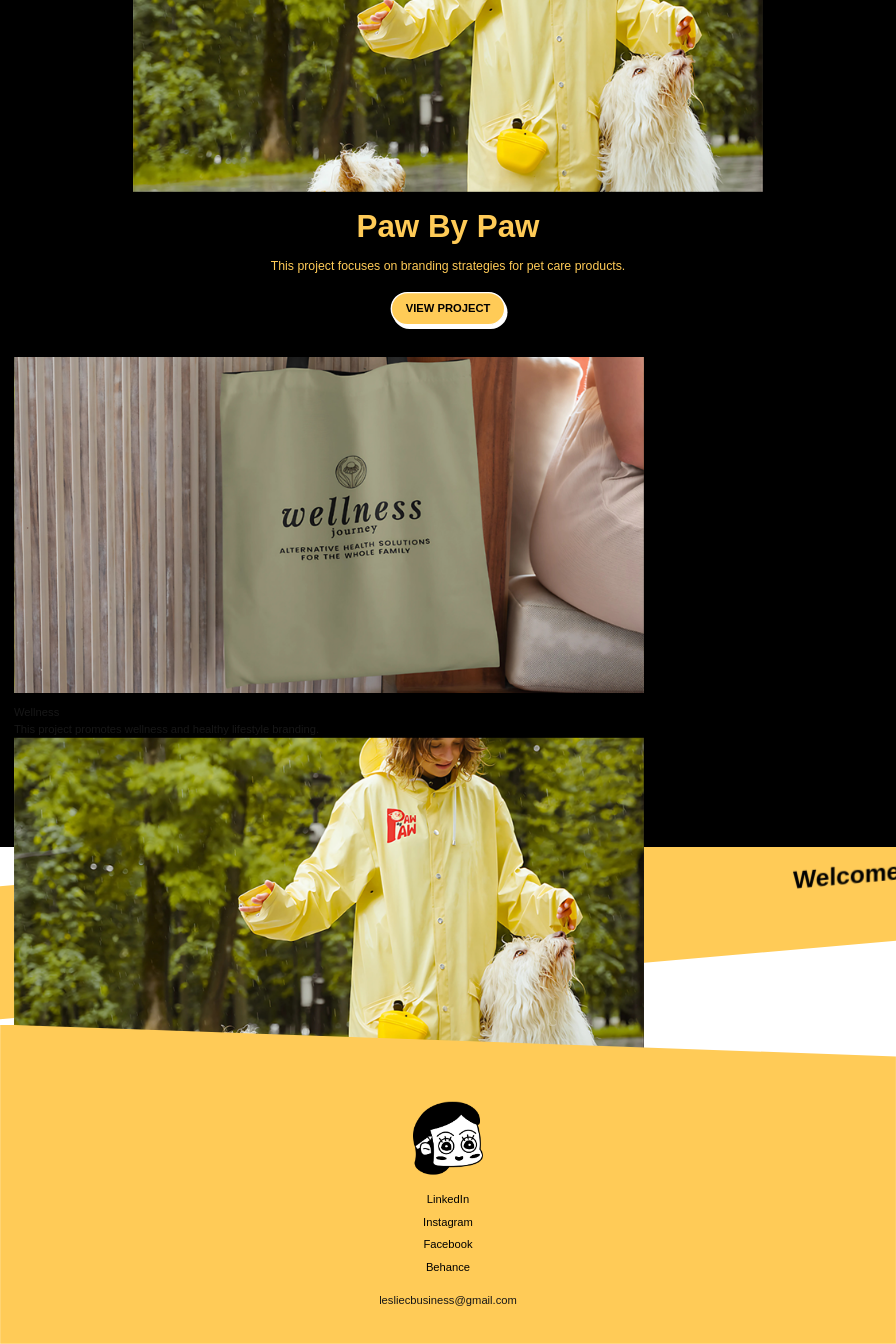
Repository: leslie179/portfolio-new
Page: /
An editor plug-in stored every save of this project. The page is shown before and after the next save, followed by the edit.
The browser window is 1280 px wide. The pictures show the part of the page from y = 1080 to 3000 px (the page is 3000 px tall), at 70% of full size.
The project was rebuilt for these pictures with package versions that can differ from the ones it lists, and the page was loaded fresh each time. The framework's server and built-in components were replaced by stand-ins that run in the browser. Also part of the build but not shown: next.config.mjs.

Above is the page before, as saved 2025-01-20 14:31:44.

After the next save:
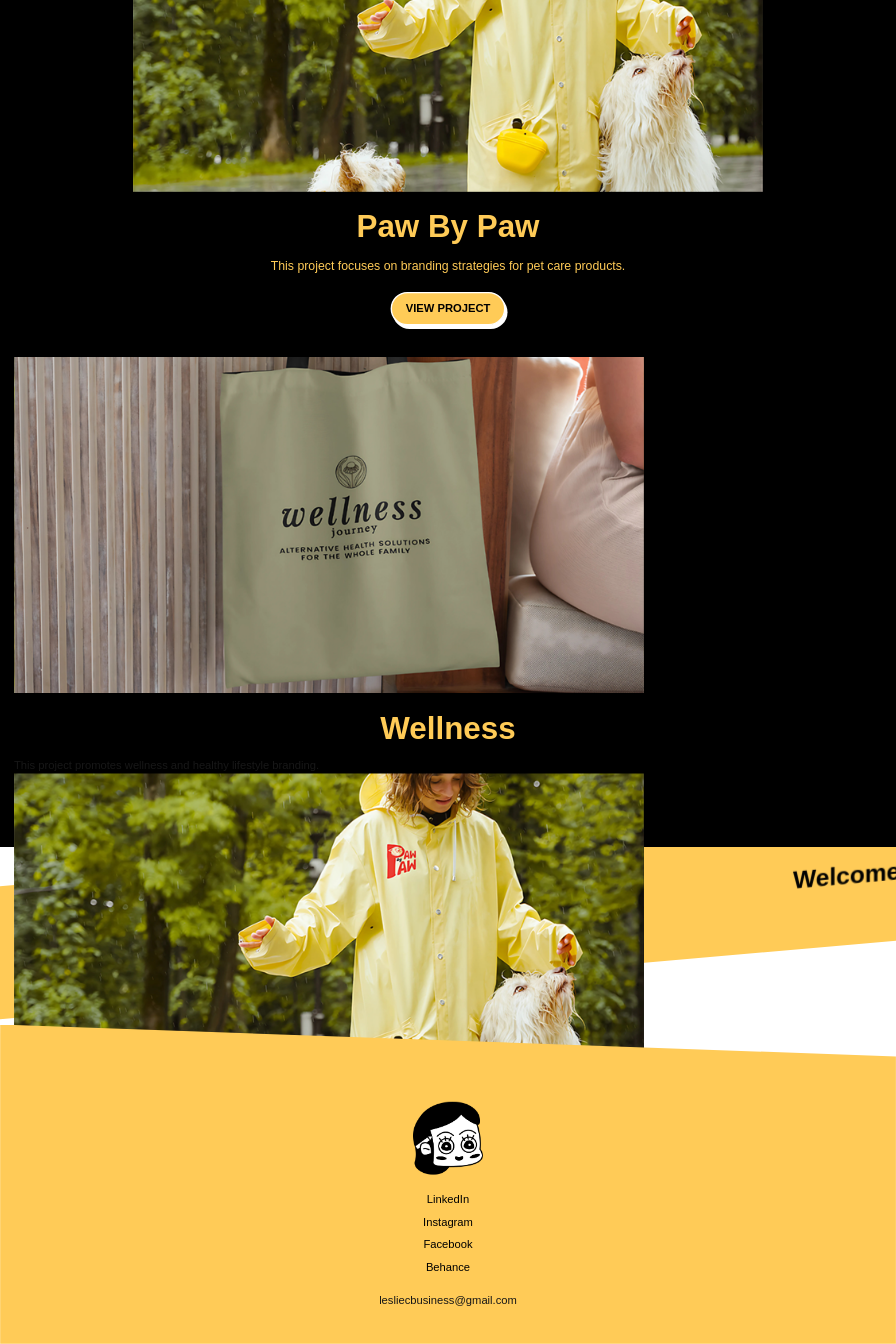
Saved 10 s later.
--- a/components/BlockThree/index.js
+++ b/components/BlockThree/index.js
@@ -5,7 +5,7 @@
     return (
         <div className={styles.stickyBlock}>
             <img src="/site-photos/Wellness-Journey2.png" alt="Wellness Branding" />
-            <h2>Wellness</h2>
+            <h2 className={styles.h2}>Wellness</h2>
             <p>This project promotes wellness and healthy lifestyle branding.</p>
 
 
